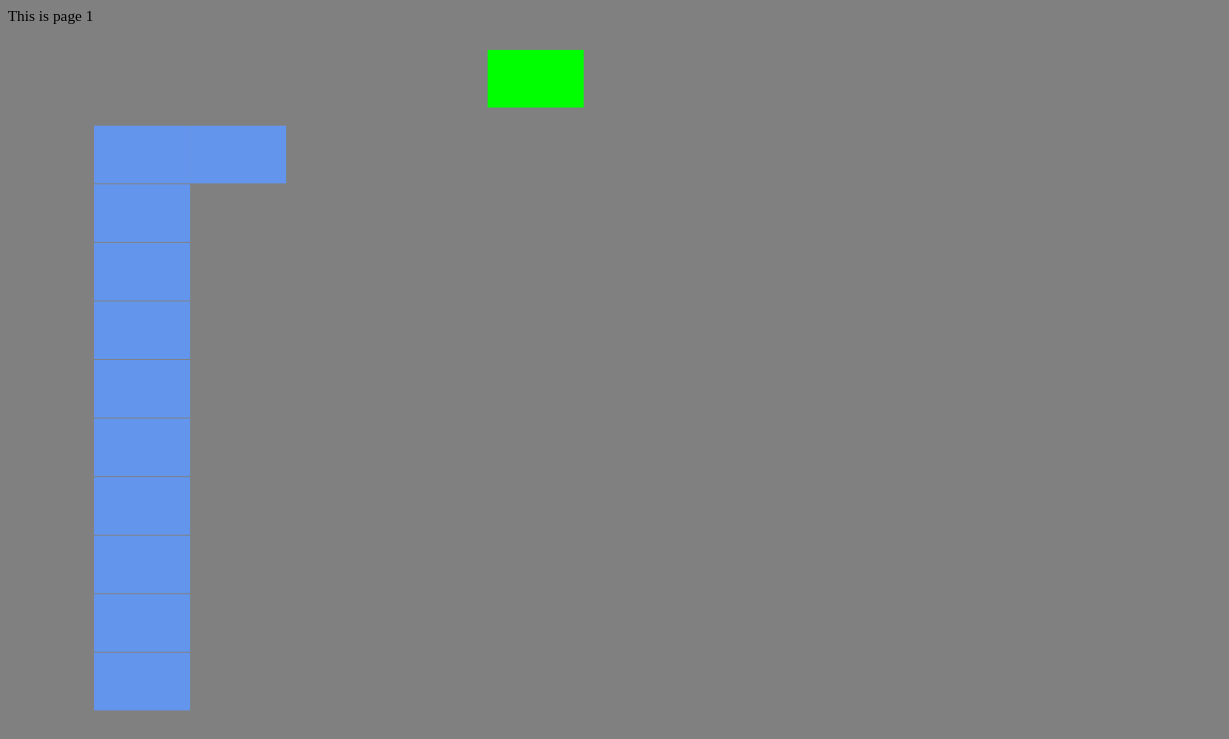
Repository: hanj291/hanj291.github.io
Page: page1.html
The author's editor kept a record of every edit. The page is drawn from the files as they stood at one moment, then again after the next edit.
The browser window is 1280 px wide. The pictures show the whole page, at 96% of full size.

Above is the page before.

After the next edit:
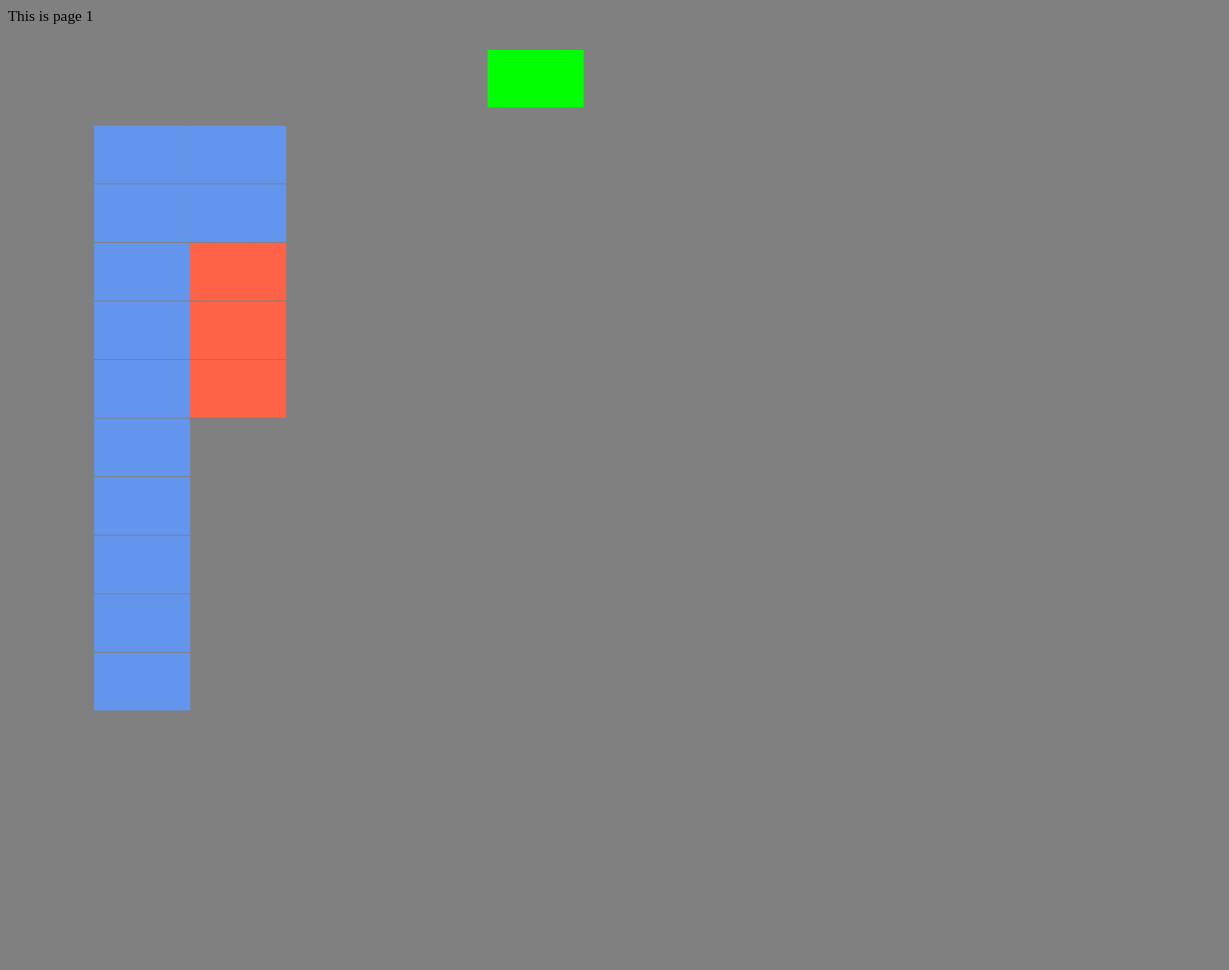
The edit:
--- a/page1.html
+++ b/page1.html
@@ -18,6 +18,10 @@
 	<div class="zero"></div>
 	<div class="zeroone"></div>
 	<div class="zerotwo"></div>
+	<div class="zerothree"></div>
+	<div class="zerof"></div>
+	<div class="zeroff"></div>
+	<div class="zeros"></div>
 
 
 
